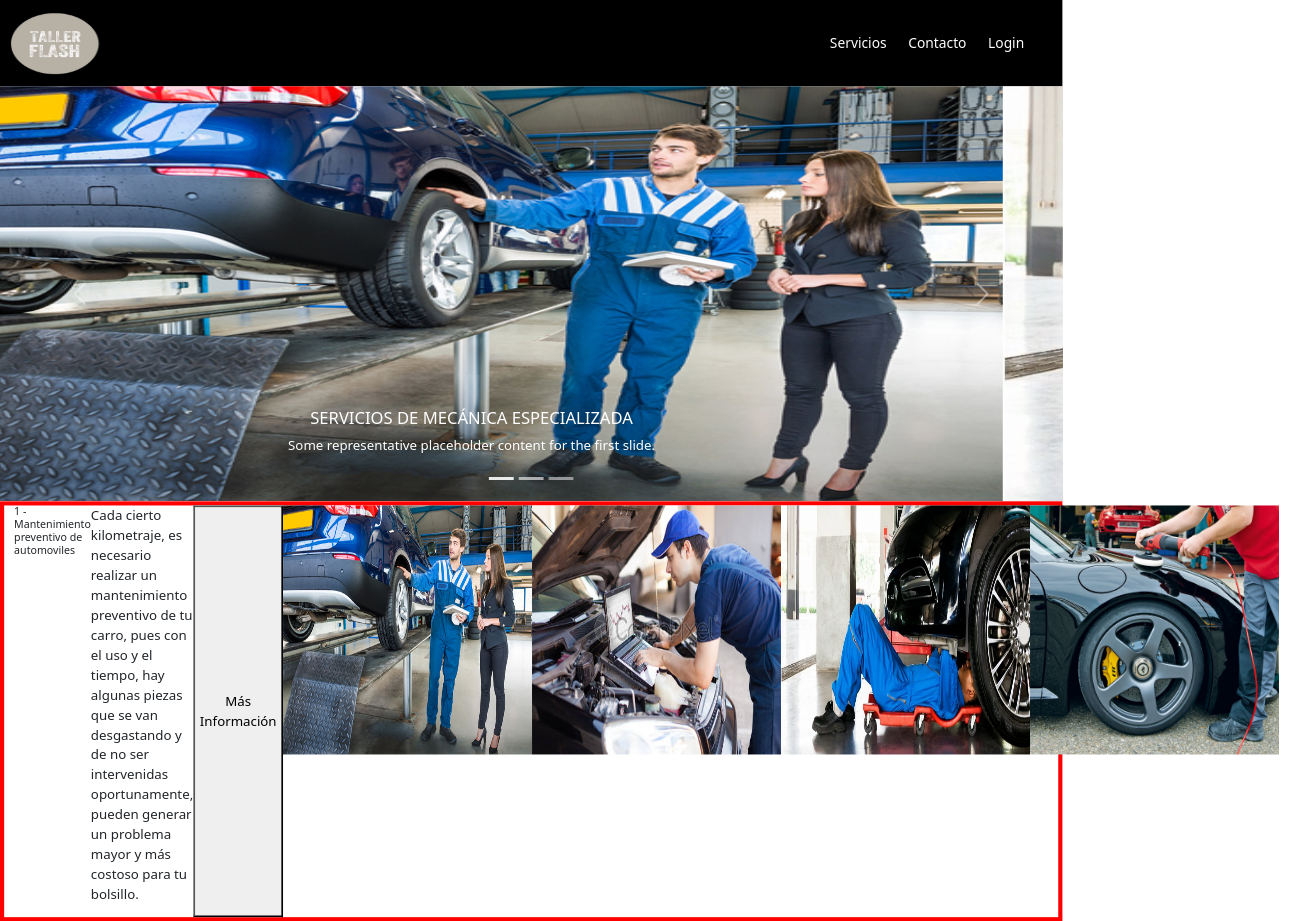
Repository: nder1996/Boostrap.Taller.Arquitectura
Page: Index.html
The author's editor kept a copy of each file at every save. The page is drawn from the files as they stood at one save, then again after the next save.
The browser window is 1280 px wide. The page is 1541 px wide, then 1569 px, so the pictures cover 1569 px, including what lies to the right of the window. The pictures show the whole page, at 83% of full size.

Above is the page before, as saved 2021-07-23 06:08:35.

After the next save:
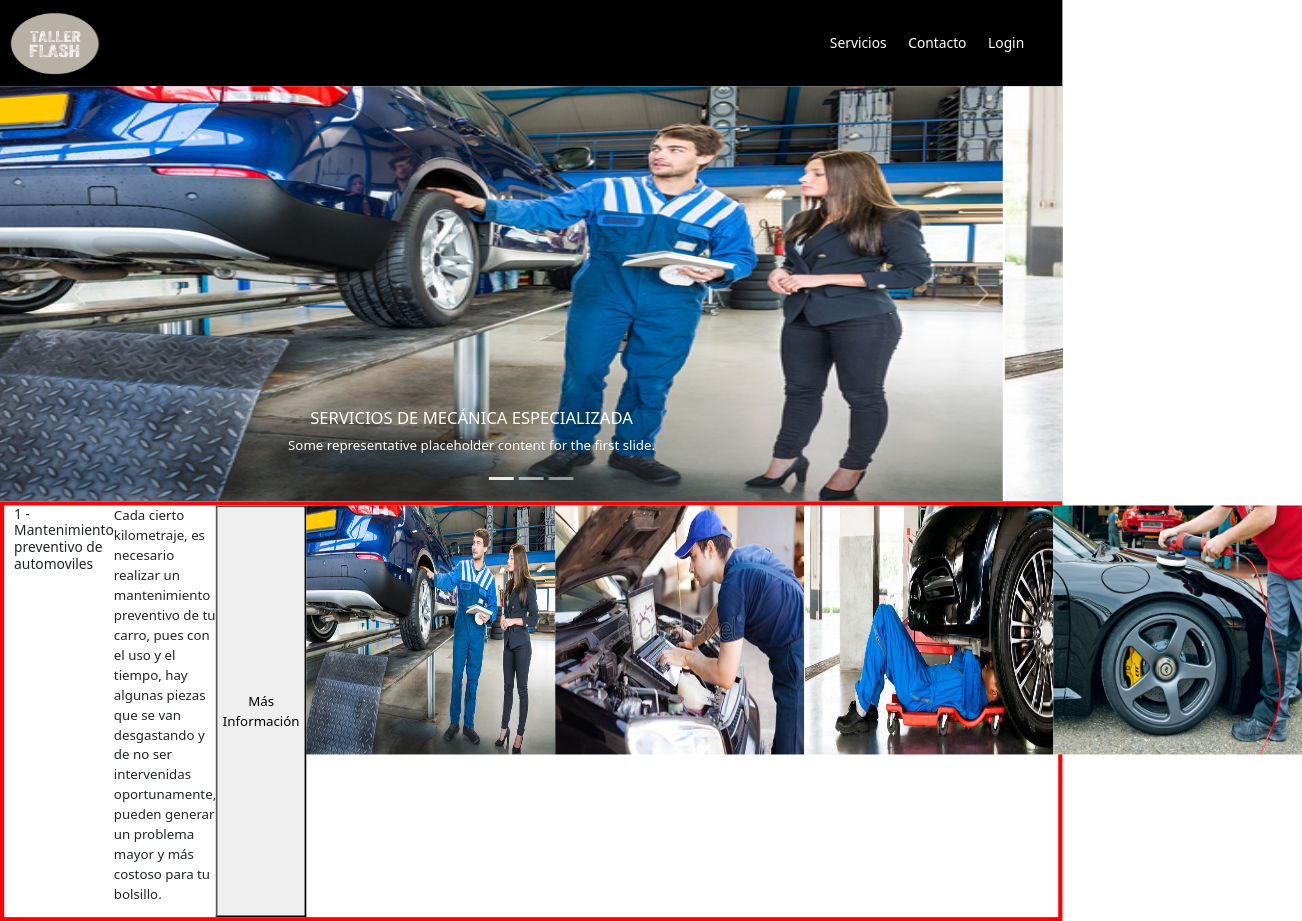
Saved 6 s later.
--- a/css/style.css
+++ b/css/style.css
@@ -37,5 +37,5 @@ nav li a{
 
 .Servicios div h1{
     position:relative;
-    font-size: 1vw;
+    font-size: 1.3vw;
 }
